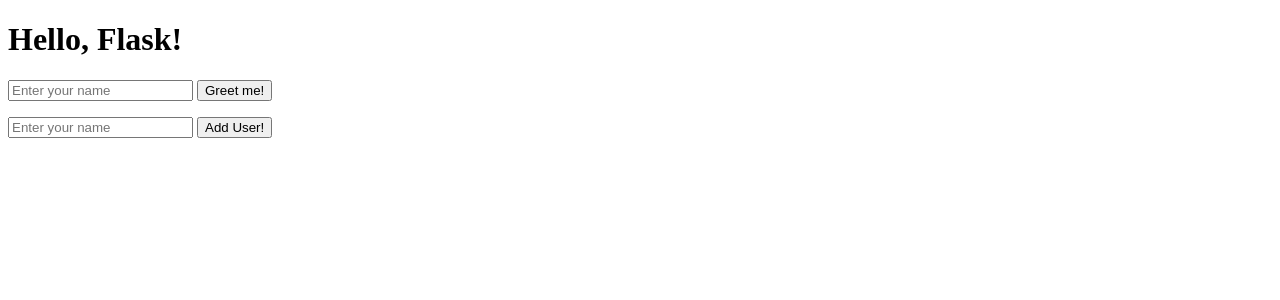
Repository: AlexandruMoloman/Instagram-Login-25Sep2024-
Page: http://localhost/
These files come from the project's save history. The page is drawn as it stood at one moment and after the next save; the edit follows.
The browser window is 1280 px wide. The pictures show the whole page.
The page is served by the project's application, run on Flask 3 (app.py).

Above is the page before, as saved 2024-09-15 21:05:35.

After the next save:
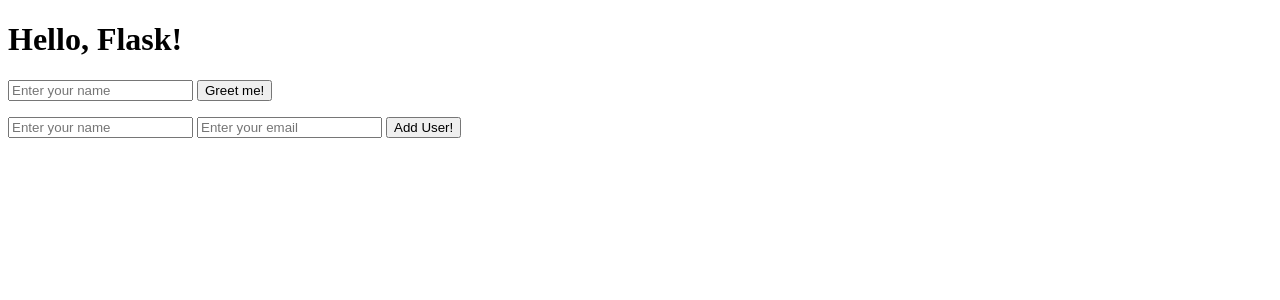
Saved 31 s later.
--- a/templates/index.html
+++ b/templates/index.html
@@ -14,6 +14,7 @@
     <p></p>
     <form method="POST" action="/add-user">
       <input type="text" name="username" placeholder="Enter your name" />
+      <input type="text" name="email" placeholder="Enter your email" />
       <input type="submit" value="Add User!" />
     </form>
   </body>
